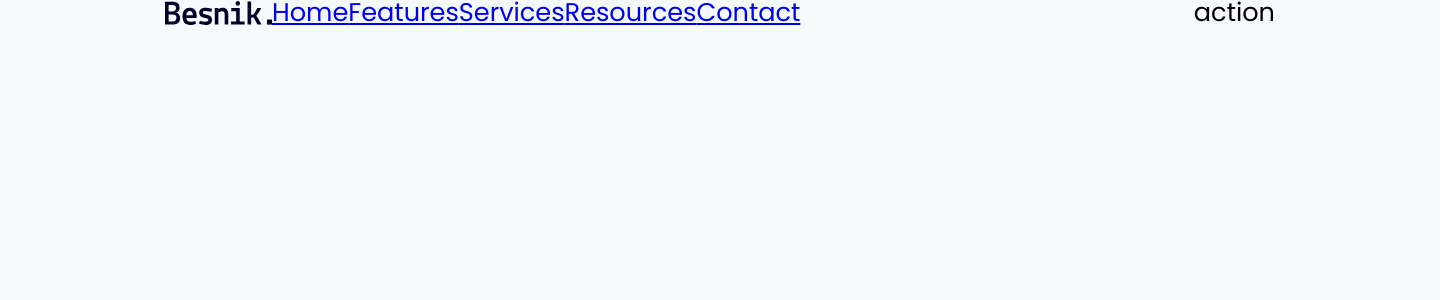
Repository: Tctiensk/f8-htmlcss-01
Page: index.html
An editor plug-in stored every save of this project. The page is shown before and after the next save, followed by the edit.
The browser window is 1280 px wide. The page is 1440 px wide, so the pictures cover 1440 px, including what lies to the right of the window. The pictures show the whole page.

Above is the page before, as saved 2022-11-29 11:52:45.

After the next save:
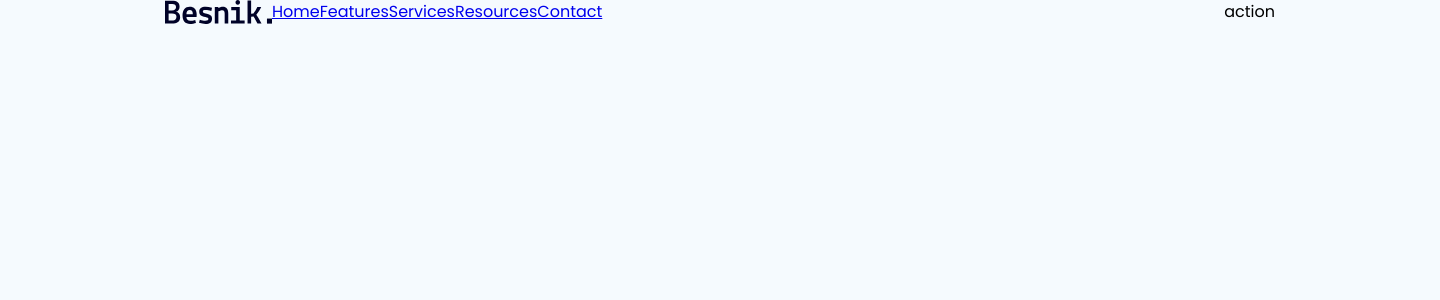
Saved 12 s later.
--- a/assets/css/style.css
+++ b/assets/css/style.css
@@ -6,7 +6,7 @@
     font-size: 62,5%;
 } */
 body {
-    font-size: 1.6rem;
+    /* font-size: 1.6rem; */
     font-family: "Poppins";
 }
 /* common */

After the 5 saves that followed:
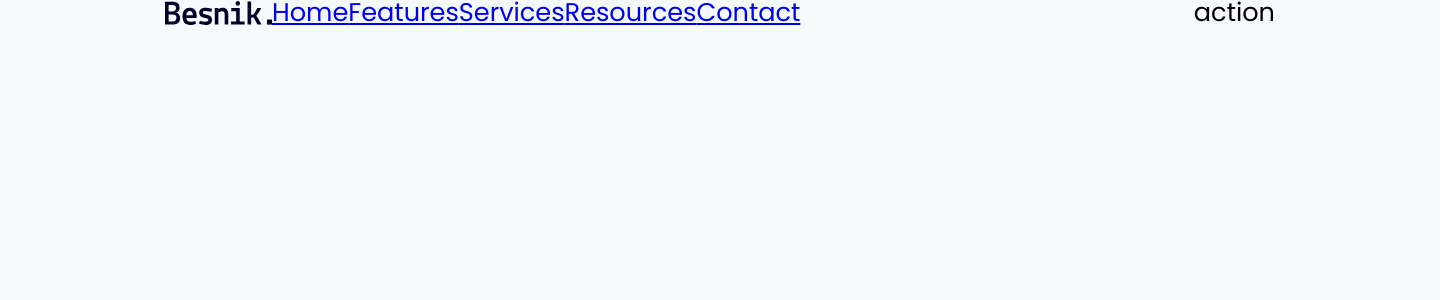
The 5 saves are shown as one change because 2 left the picture as it was and some came seconds apart.
The last was saved 85 s later.
--- a/assets/css/style.css
+++ b/assets/css/style.css
@@ -2,11 +2,11 @@
     box-sizing: border-box;
 }
 
-/* html {
-    font-size: 62,5%;
-} */
+html {
+    font-size: 62, 5%;
+}
 body {
-    /* font-size: 1.6rem; */
+    font-size: 1.6rem;
     font-family: "Poppins";
 }
 /* common */
